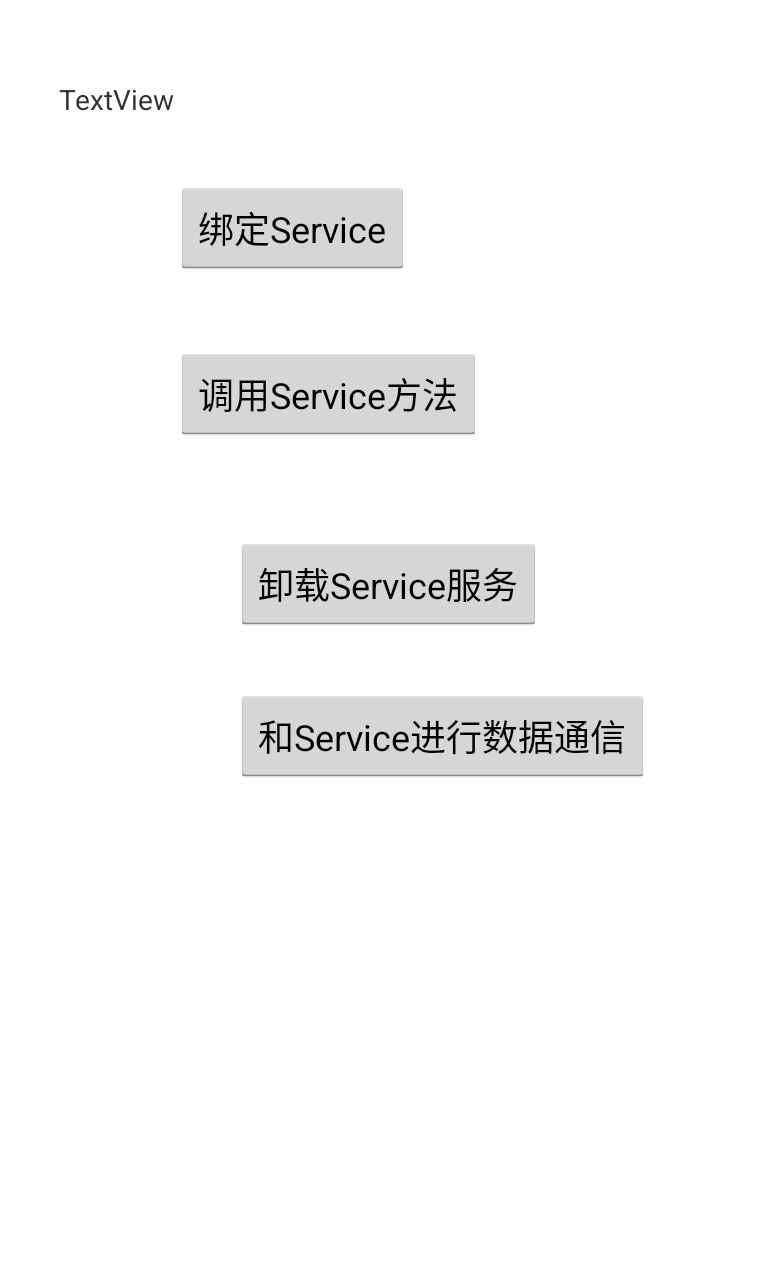
Repository: great-tiger/android-demo
Layout: android_service_activity_tran/res/layout/activity_main.xml
An editor plug-in stored every save of this project. The layout is shown before and after the next save, followed by the edit.
It is drawn on a 768 x 1280 px phone screen (xhdpi) without system bars, with theme AppTheme; the app's code is not run.

Above is the layout before, as saved 2016-01-02 09:12:22.

### android_service_activity_tran/res/layout/activity_main.xml
<RelativeLayout xmlns:android="http://schemas.android.com/apk/res/android"
    xmlns:tools="http://schemas.android.com/tools"
    android:layout_width="match_parent"
    android:layout_height="match_parent"
    android:paddingBottom="@dimen/activity_vertical_margin"
    android:paddingLeft="@dimen/activity_horizontal_margin"
    android:paddingRight="@dimen/activity_horizontal_margin"
    android:paddingTop="@dimen/activity_vertical_margin"
    tools:context="com.example.android_service_activity_tran.MainActivity" >

    <Button
        android:id="@+id/button2"
        android:layout_width="wrap_content"
        android:layout_height="wrap_content"
        android:layout_alignLeft="@+id/button1"
        android:layout_below="@+id/button1"
        android:layout_marginTop="35dp"
        android:text="调用Service方法" />

    <Button
        android:id="@+id/button3"
        android:layout_width="wrap_content"
        android:layout_height="wrap_content"
        android:layout_alignLeft="@+id/button2"
        android:layout_below="@+id/button2"
        android:layout_marginLeft="30dp"
        android:layout_marginTop="47dp"
        android:text="卸载Service服务" />

    <Button
        android:id="@+id/button4"
        android:layout_width="wrap_content"
        android:layout_height="wrap_content"
        android:layout_alignLeft="@+id/button3"
        android:layout_below="@+id/button3"
        android:layout_marginTop="28dp"
        android:text="和Service进行数据通信" />

    <Button
        android:id="@+id/button1"
        android:layout_width="wrap_content"
        android:layout_height="wrap_content"
        android:layout_alignParentLeft="true"
        android:layout_alignParentTop="true"
        android:layout_marginLeft="71dp"
        android:layout_marginTop="74dp"
        android:text="绑定Service" />

    <TextView
        android:id="@+id/textView1"
        android:layout_width="wrap_content"
        android:layout_height="wrap_content"
        android:layout_alignParentTop="true"
        android:layout_marginTop="24dp"
        android:layout_toLeftOf="@+id/button2"
        android:text="TextView" />

</RelativeLayout>

Loaded but not shown: android_service_activity_tran/res/values/styles.xml (common file); android_service_activity_tran/res/values-v11/styles.xml (common file); android_service_activity_tran/res/values-v14/styles.xml (common file); android_service_activity_tran/res/values/dimens.xml (common file); android_service_activity_tran/res/values-w820dp/dimens.xml (common file)

After the next save:
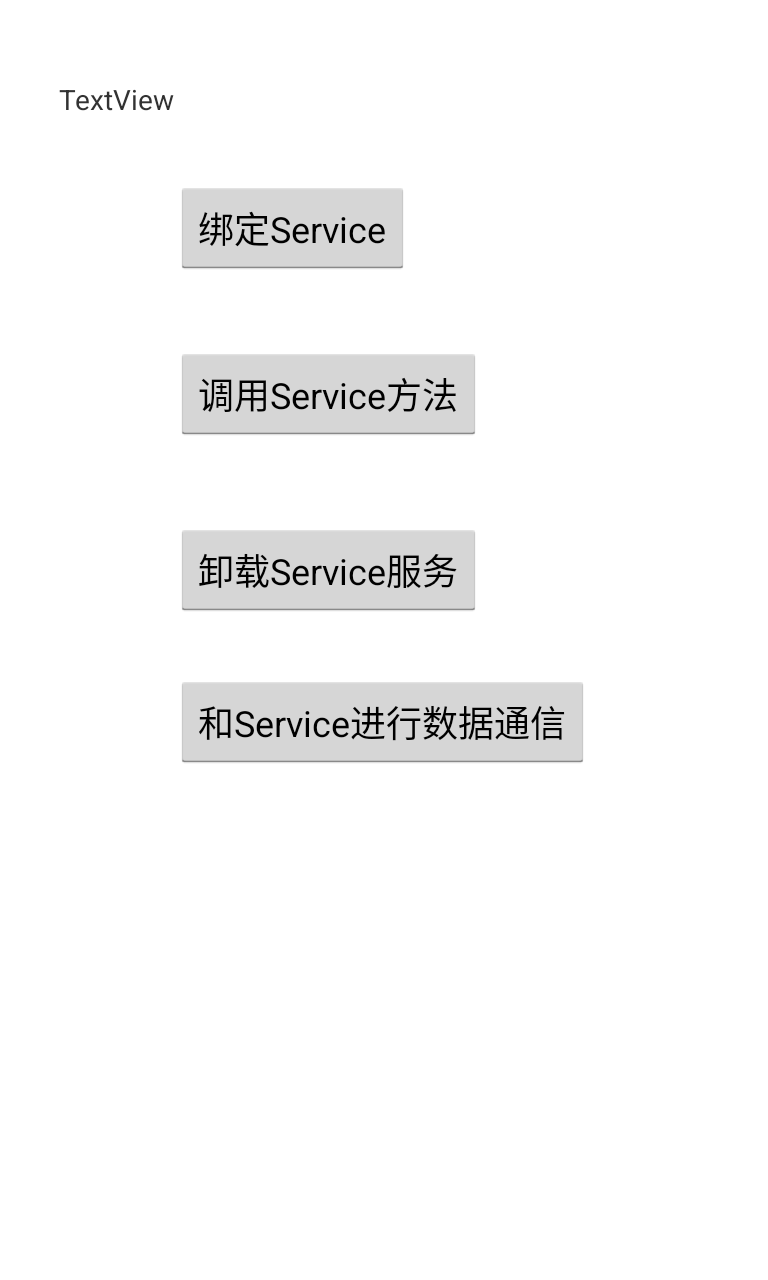
Saved 68 s later.
--- a/android_service_activity_tran/res/layout/activity_main.xml
+++ b/android_service_activity_tran/res/layout/activity_main.xml
@@ -16,16 +16,6 @@
         android:layout_below="@+id/button1"
         android:layout_marginTop="35dp"
         android:text="调用Service方法" />
-
-    <Button
-        android:id="@+id/button3"
-        android:layout_width="wrap_content"
-        android:layout_height="wrap_content"
-        android:layout_alignLeft="@+id/button2"
-        android:layout_below="@+id/button2"
-        android:layout_marginLeft="30dp"
-        android:layout_marginTop="47dp"
-        android:text="卸载Service服务" />
 
     <Button
         android:id="@+id/button4"
@@ -55,4 +45,13 @@
         android:layout_toLeftOf="@+id/button2"
         android:text="TextView" />
 
+    <Button
+        android:id="@+id/button3"
+        android:layout_width="wrap_content"
+        android:layout_height="wrap_content"
+        android:layout_alignLeft="@+id/button2"
+        android:layout_below="@+id/button2"
+        android:layout_marginTop="40dp"
+        android:text="卸载Service服务" />
+
 </RelativeLayout>
